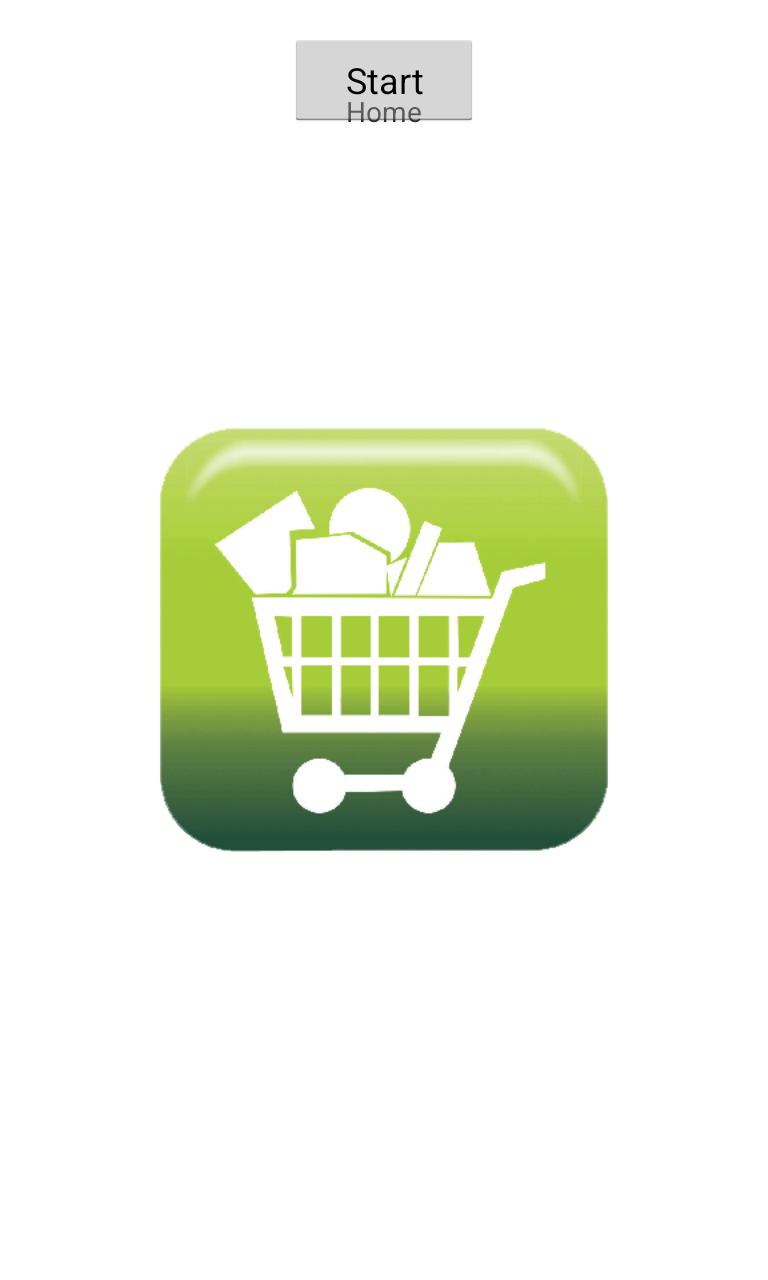
Repository: ailinm/Android
Layout: MyApp/res/layout/activity_main.xml
These files come from the project's save history. The layout is drawn as it stood at one moment and after the next save; the edit follows.
It is drawn on a 768 x 1280 px phone screen (xhdpi) without system bars, with theme AppTheme; the app's code is not run.

Above is the layout before, as saved 2014-07-02 07:32:22.

### MyApp/res/layout/activity_main.xml
<?xml version="1.0" encoding="utf-8"?>
<RelativeLayout xmlns:android="http://schemas.android.com/apk/res/android"
    xmlns:tools="http://schemas.android.com/tools"
    android:layout_width="match_parent"
    android:layout_height="match_parent"
    android:paddingBottom="@dimen/activity_vertical_margin"
    android:paddingLeft="@dimen/activity_horizontal_margin"
    android:paddingRight="@dimen/activity_horizontal_margin"
    android:paddingTop="@dimen/activity_vertical_margin"
    tools:context=".MainActivity" >

    <TextView
        android:layout_marginTop="30dip"
        android:layout_alignParentTop="true"
        android:layout_width="wrap_content"
        android:layout_height="wrap_content"
        android:text="Home"
        android:layout_centerHorizontal="true" />

    <ImageView
        android:layout_width="wrap_content"
        android:layout_height="wrap_content"
        android:layout_centerInParent="true"
        android:src="@drawable/magazin" />
    <Button
        android:layout_width="96dip"
        android:layout_height="wrap_content"
        android:layout_centerHorizontal="true"
        android:layout_alignBottom="true"
        android:text="Start" />

</RelativeLayout>

Loaded but not shown: MyApp/res/values/styles.xml (common file); MyApp/res/values-v11/styles.xml (common file); MyApp/res/values-v14/styles.xml (common file); MyApp/res/values/dimens.xml (common file)

After the next save:
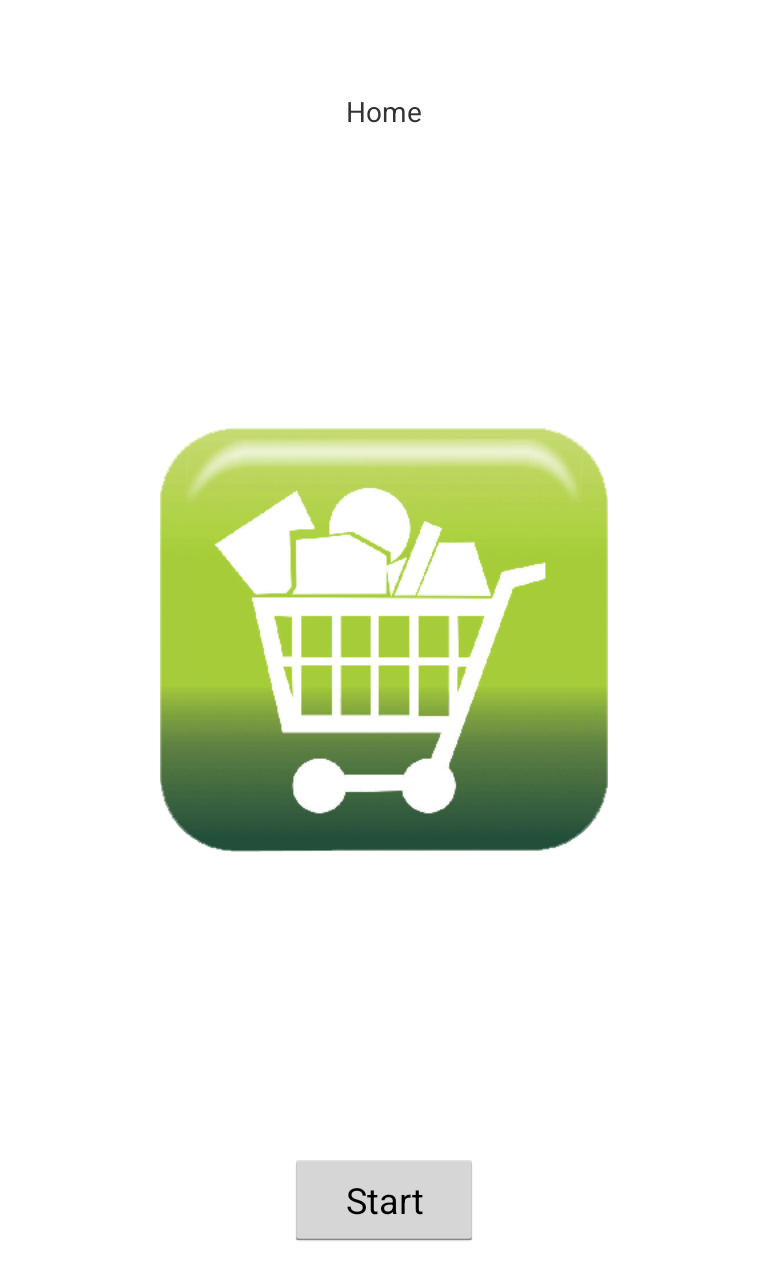
Saved 18 s later.
--- a/MyApp/res/layout/activity_main.xml
+++ b/MyApp/res/layout/activity_main.xml
@@ -26,7 +26,7 @@
         android:layout_width="96dip"
         android:layout_height="wrap_content"
         android:layout_centerHorizontal="true"
-        android:layout_alignBottom="true"
+        android:layout_alignParentBottom="true"
         android:text="Start" />
 
 </RelativeLayout>
